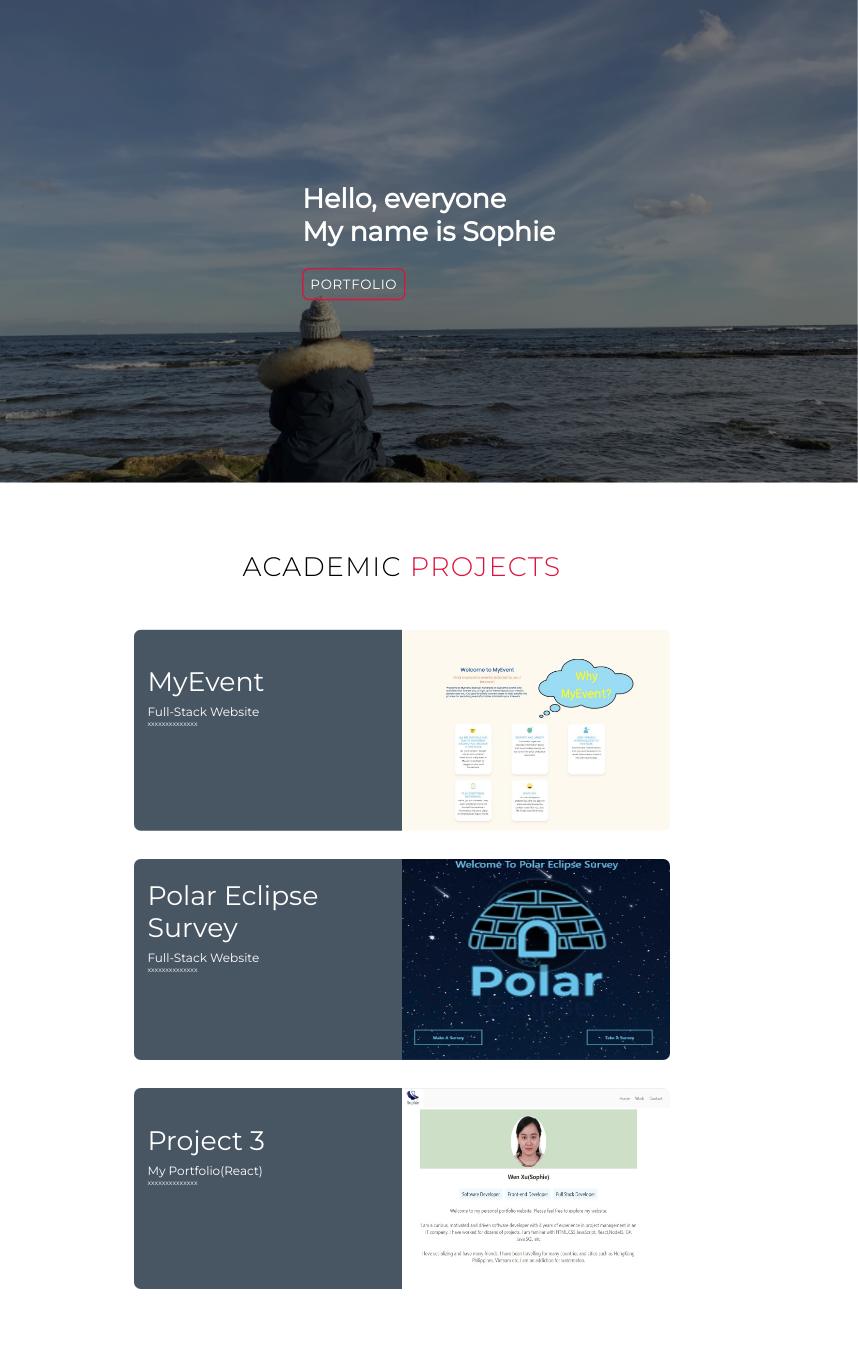
Repository: wenxi0504/StaticWebsite_Profolio
Page: index.html
These files come from the project's save history. The page is drawn as it stood at one moment and after the next save; the edit follows.
The browser window is 1280 px wide. The pictures show the whole page, at 67% of full size.

Above is the page before, as saved 2022-03-03 22:54:59.

### index.html
<!DOCTYPE html>
<html lang="en">
  <head>
    <meta charset="UTF-8" />
    <meta http-equiv="X-UA-Compatible" content="IE=edge" />
    <meta name="viewport" content="width=device-width, initial-scale=1.0" />
    <link rel="stylesheet" href="style.css" />
    <title>Portfolio</title>
  </head>
  <body>
    <!-- Introduction Section -->
    <section id="myIntro">
      <div class="myIntro container">
        <div class="card">
          <h1>Hello, everyone <span></span></h1>
          <h1>My name is Sophie <span></span></h1>
          <a href="#" type="button" class="cta">Portfolio</a>
        </div>
      </div>
    </section>
    <!-- End Introduction Section -->
    <!-- Projects Section -->
    <section id="projects">
      <div class="projects container">
        <div class="projects-header">
          <h1 class="section-title">Academic <span>Projects</span></h1>
        </div>
        <div class="all-projects">
          <div class="project-item">
            <div class="project-info">
              <h1>MyEvent</h1>
              <h2>Full-Stack Website</h2>
              <p>xxxxxxxxxxxxxx</p>
            </div>
            <div class="project-img">
              <img src="./images/MyEventCover1.jpg" alt="MyEventImg">
            </div>
          </div>
          <div class="project-item">
            <div class="project-info">
              <h1>Polar Eclipse Survey </h1>
              <h2>Full-Stack Website</h2>
              <p>xxxxxxxxxxxxxx</p>
            </div>
            <div class="project-img">
              <img src="./images/EclipseSurvey.jpg" alt="SurveyImg">
            </div>
          </div>
          <div class="project-item">
            <div class="project-info">
              <h1>Project 3</h1>
              <h2>My Portfolio(React)</h2>
              <p>xxxxxxxxxxxxxx</p>
            </div>
            <div class="project-img">
              <img src="./images/MyPortfolioReact.jpg" alt="MyPortfolioReactImg">
            </div>
          </div>
        </div>
      </div>
    </section>
    <!-- End  Projects Section -->
  </body>
</html>

### style.css
/* import custom font from GoogleFonts */
@import "https://fonts.googleapis.com/css?family=Montserrat:300, 400, 700&display=swap";
* {
  margin: 0px;
  padding: 0px;
  box-sizing: border-box;
}

html {
  font-size: 10px;
  font-family: "Montserrat", sans-serif;
}

a {
  text-decoration: none;
}

.container {
  min-height: 100vh;
  width: 100%;
  display: flex;
  align-items: center;
  justify-content: center;
}

/* myIntro section */
#myIntro {
  background-image: url(./images/ProfolioBackground.jpg);
  background-size: cover;
  background-position: top center;
  position: relative;
  z-index: 0;

}

/* background blurring */
#myIntro ::after {
  content: '';
  position: absolute;
  left: 0px;
  top: 0px;
  height: 100%;
  width: 100%;
  background-color:black;
  opacity: 10%;
  z-index: -1;
}

/* setup the max-width window */
#myIntro .myIntro{
max-width: 1200px;
margin: 0 auto;
padding: 0 50px;
justify-content: center;
}



#myIntro h1 {
  display: block;
  width: fit-content;
  font-size: 4rem;
  color: white;
  /* animation: text_reveal 0.5s ease forwards;
  animation-delay: 1s; */


}

/* #myIntro h1:nth-child(1){

  animation-delay:1s;
}

#myIntro h1:nth-child(2){

  animation-delay:2s;
}

#myIntro h1 span{
position: absolute;
top:0;
left:0;
height: 100%;
width: 0;
background-color:crimson;
animation: text_reveal_box 1s ease;
animation-delay:0.5s

}

#myIntro h1:nth-child(1) span {
	animation-delay: 0.5s;
}
#myIntro h1:nth-child(2) span {
	animation-delay: 1.5s;
} */

#myIntro .cta {
  display: inline-block;
  padding: 1rem 1rem;
  color: white;
  background-color: transparent;
  border: 2px solid crimson;
  border-radius: 10px;
  font-size: 2rem;
  text-transform: uppercase;
  letter-spacing: 0.1rem;
  margin-top: 30px;
  transition: 0.3s ease;
  transition-property: background-color;
}

#myIntro .cta:hover {
  background-color: crimson;
}

/* end myIntro section */

/* keyframes */
/* @keyframes text_reveal_box {
	50% {
		width: 100%;
		left: 0;
	}
	100% {
		width: 0;
		left: 100%;
	}
}
@keyframes text_reveal {
	100% {
		color: white;
	}
} */

/* Project Section */
.section-title {
	font-size: 4rem;
	font-weight: 300;
	color: black;
	margin-bottom: 10px;
	text-transform: uppercase;
	letter-spacing: 0.2rem;
	text-align: center;
}
.section-title span {
	color: crimson;
}

#projects .projects{
  flex-direction: column;
  max-width: 1200px;
  margin: 0,auto;
  padding: 100px 0;

}

#projects .projects-header h1{
  margin-bottom: 50px;
}

#projects .all-projects{
  display:flex;
  flex-direction: column;
  justify-content: center;
  align-items:center;
}

#projects .project-item{
  display: flex;
  /* flex-direction: column; */
  justify-content: center;
  align-items:center;
  width:100%;
  height:302px;
  margin: 20px auto;
  overflow: hidden;
}

#projects .project-info{
  display: flex;
  flex-direction: column;
  justify-content: center;
  align-items:flex-start;
  padding: 20px;
  flex-basis: 50%;
  width: 400px;
  height: 300px;
  background-image:linear-gradient(60deg,#29323c, 0%, #485563 100%);
  color:white;
  border-top-left-radius: 10px;
  border-bottom-left-radius:10px;
}

#projects .project-info h1 {
  margin-top: -100px;
	font-size: 4rem;
	font-weight: 500;
}
#projects .project-info h2 {
	font-size: 1.8rem;
	font-weight: 500;
	margin-top: 10px;
}
#projects .project-info p {
	color: white;
}

#projects .project-img {
	flex-basis: 50%;
  width:400px;
	height: 300px;
	overflow: hidden;
	position: relative;
  border-top-right-radius: 10px;
  border-bottom-right-radius:10px;
}

#projects .project-img img{
  width:100%;
  height: 100%;
  transition: 0.3s ease transform;
}

#projects .project-item:hover .project-img img {
	transform: scale(1.1);
}

/* #projects .project-img:after {
	content: '';
	position: absolute;
	left: 0;
	top: 0;
	height: 100%;
	width: 100%;
	background-image: linear-gradient(60deg, #29323c 0%, #485563 100%);
	opacity: 0.7;
}
#projects .project-img img {
	transition: 0.3s ease transform;
}
*/

After the next save:
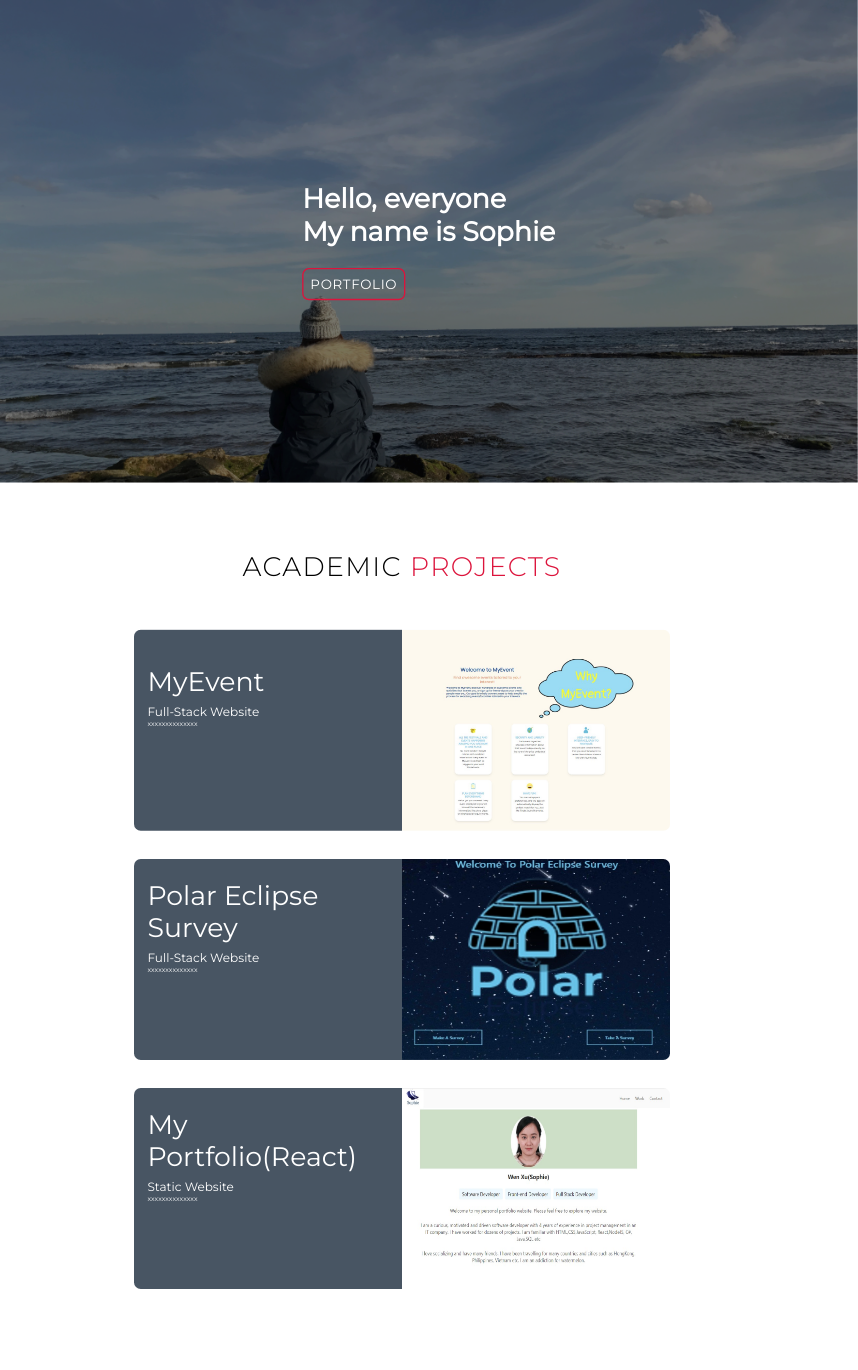
Saved 41 s later.
--- a/index.html
+++ b/index.html
@@ -48,8 +48,8 @@
           </div>
           <div class="project-item">
             <div class="project-info">
-              <h1>Project 3</h1>
-              <h2>My Portfolio(React)</h2>
+              <h1>My Portfolio(React)</h1>
+              <h2>Static Website</h2>
               <p>xxxxxxxxxxxxxx</p>
             </div>
             <div class="project-img">
